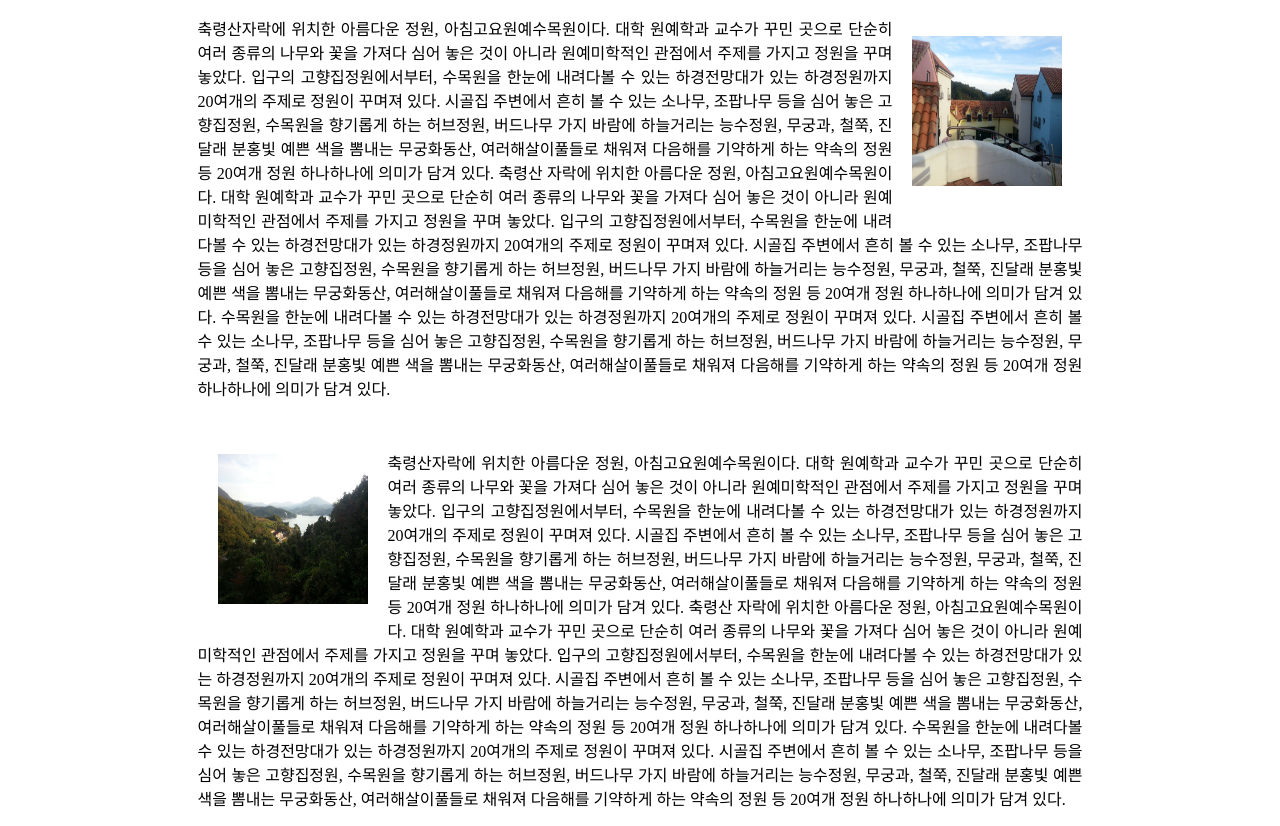
Repository: wishinghyun/multicampus
Page: webwork/clientweb/WebContent/css/css_float_test02.html
An editor plug-in stored every save of this project. The page is shown before and after a run of saves, followed by the edit.
The browser window is 1280 px wide. The pictures show the whole page.

Above is the page before, as saved 2020-01-06 02:03:51.

After the next 2 saves:
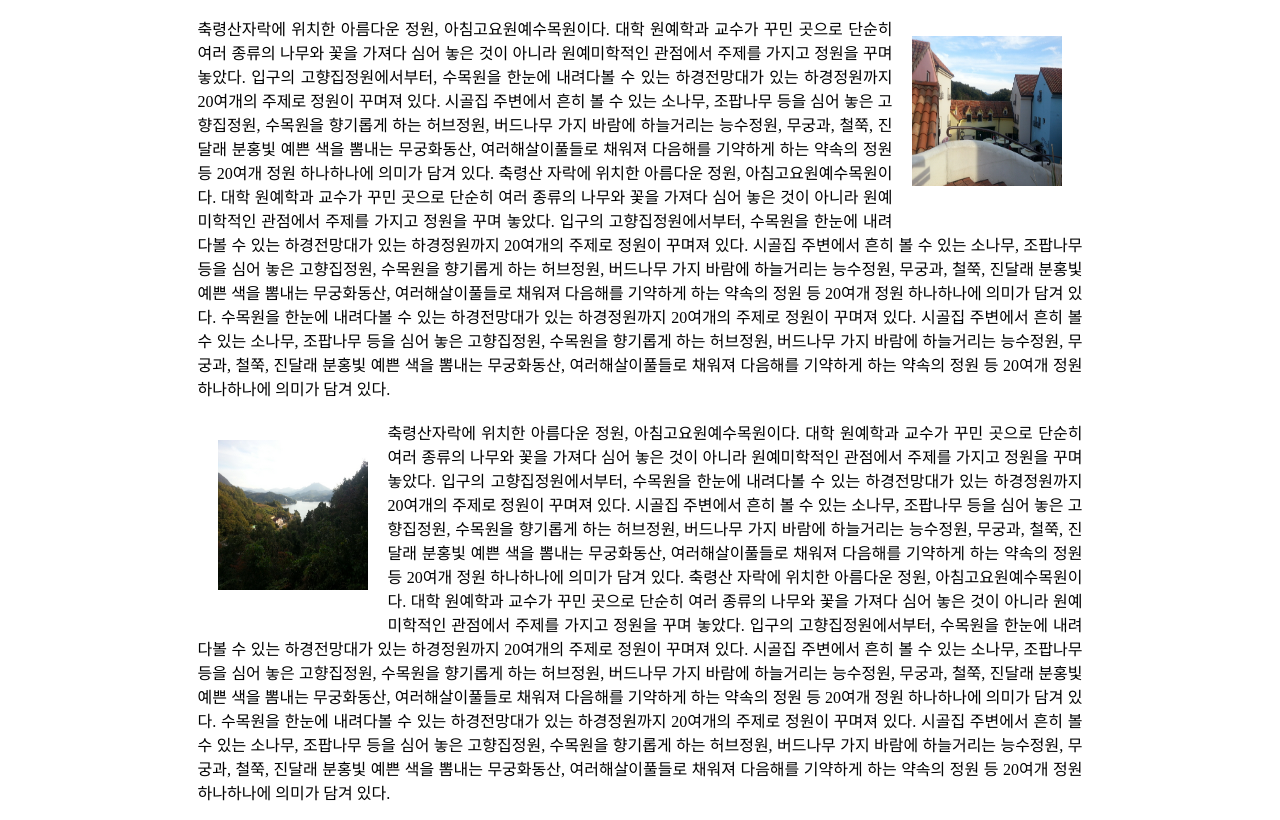
The 2 saves are shown as one change because they came seconds apart.
The last was saved 89 s later.
--- a/webwork/clientweb/WebContent/css/css_float_test02.html
+++ b/webwork/clientweb/WebContent/css/css_float_test02.html
@@ -23,7 +23,7 @@
 			float: left;
 		}
 		#write1{
-
+			margin-bottom: 20px;
 		}
 		#write2{
 
@@ -52,7 +52,6 @@
 			분홍빛 예쁜 색을 뽐내는 무궁화동산, 여러해살이풀들로 채워져 다음해를 기약하게 하는 약속의 정원 등 20여개 정원 하나하나에
 			의미가 담겨 있다.</p>
 		</div>
-		<br/>
 		<div id="img2">
 			<img src="../images/m_garden02.jpg"/>
 		</div>
